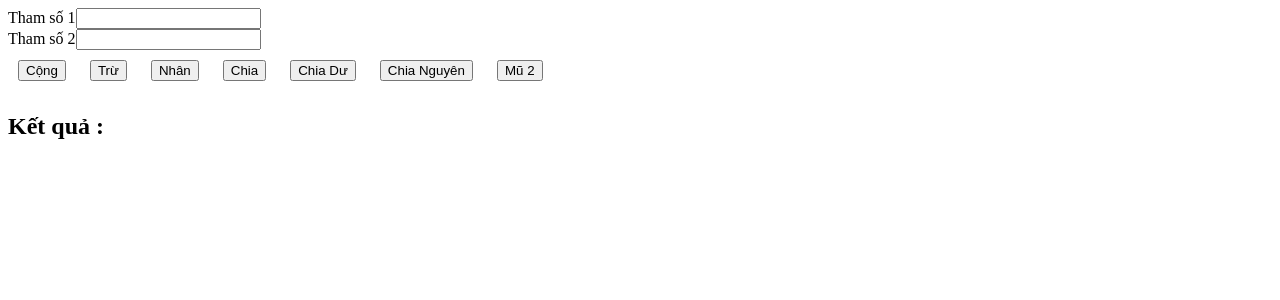
Repository: Toni3498/JsCourse
Page: number/index.html
An editor plug-in stored every save of this project. The page is shown before and after the next save, followed by the edit.
The browser window is 1280 px wide. The pictures show the whole page.

Above is the page before, as saved 2021-08-17 19:32:42.

### number/index.html
<!DOCTYPE html>
<html lang="en">
  <head>
    <meta charset="UTF-8" />
    <meta http-equiv="X-UA-Compatible" content="IE=edge" />
    <meta name="viewport" content="width=device-width, initial-scale=1.0" />
    <title>JS-Exercises</title>
    <link href="style.css" rel="stylesheet" />
  </head>

  <body>
    <div class="input">
      <label for="ts1">Tham số 1</label><input type="number" id="ts1" /><br />
      <label for="ts2">Tham số 2</label><input type="number" id="ts2" />
    </div>
    <div class="optionCalc">
      <button id="sum">Cộng</button>
      <button id="sub">Trừ</button>
      <button id="mul">Nhân</button>
      <button id="div">Chia</button>

      <button id="chiaDu">Chia Dư</button>
      <button id="chiaNguyen">Chia Nguyên</button>
      <button id="pow">Mũ 2</button>
    </div>
    <div class="result">
      <h2 style="display: inline-block">Kết quả :</h2>
      <h1 style="display: inline-block" id="kq"></h1>
    </div>

    <script>
      var x = document.getElementById('ts1');
      var y = document.getElementById('ts2');

      //1. Hàm cộng 2 tham số
      function sumNumber() {
        document.getElementById('kq').innerHTML = parseInt(x.value) + parseInt(y.value);
      }
      //Hàm trừ 2 tham số
      function subNumber() {
        document.getElementById('kq').innerHTML = parseInt(x.value) - parseInt(y.value);
      }
      //Hàm nhân 2 tham số
      function multiNumber() {
        document.getElementById('kq').innerHTML = parseInt(x.value) * parseInt(y.value);
      }
      // Hàm chia 2 tham số
      function divNumber() {
        document.getElementById('kq').innerHTML = parseFloat(x.value) / parseFloat(y.value);
      }
      //hàm chia dư 2 tham số
      function chiaDu() {
        document.getElementById('kq').innerHTML = parseInt(x.value) % parseInt(y.value);
      }
      // Hàm chia nguyên 2 tham số (a - a % b) / b;
      function chiaNguyen() {
        document.getElementById('kq').innerHTML =
          (parseInt(x.value) - (parseInt(x.value) % parseInt(y.value))) / parseInt(y.value);
      }
      // Hàm mũ 2 tham số
      function powNumber() {
        document.getElementById('kq').innerHTML = parseInt(x.value) ** parseInt(y.value);
      }

      // EventListener
      document.getElementById('sum').addEventListener('click', sumNumber);
      document.getElementById('sub').addEventListener('click', subNumber);
      document.getElementById('mul').addEventListener('click', multiNumber);
      document.getElementById('div').addEventListener('click', divNumber);
      document.getElementById('chiaDu').addEventListener('click', chiaDu);
      document.getElementById('chiaNguyen').addEventListener('click', chiaNguyen);
      document.getElementById('pow').addEventListener('click', powNumber);
    </script>
  </body>
</html>

### number/style.css
.optionCalc button {
  margin: 10px;
}

After the next save:
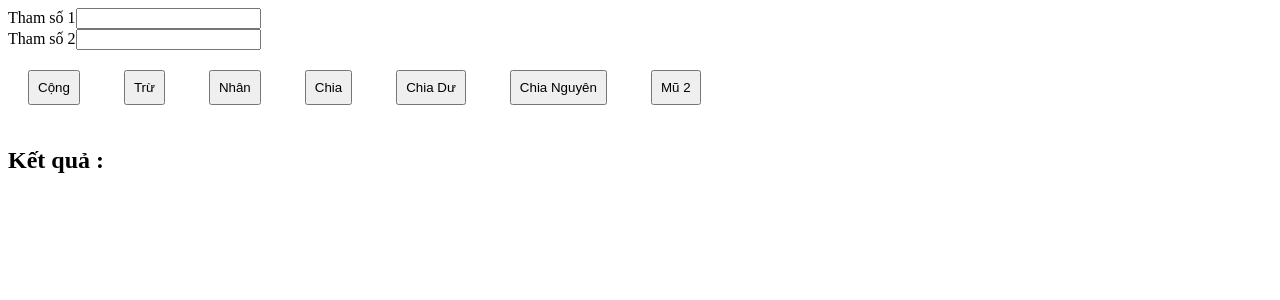
Saved 12 s later.
--- a/number/style.css
+++ b/number/style.css
@@ -1,3 +1,4 @@
 .optionCalc button {
-  margin: 10px;
+  margin: 20px;
+  padding: 8px;
 }
